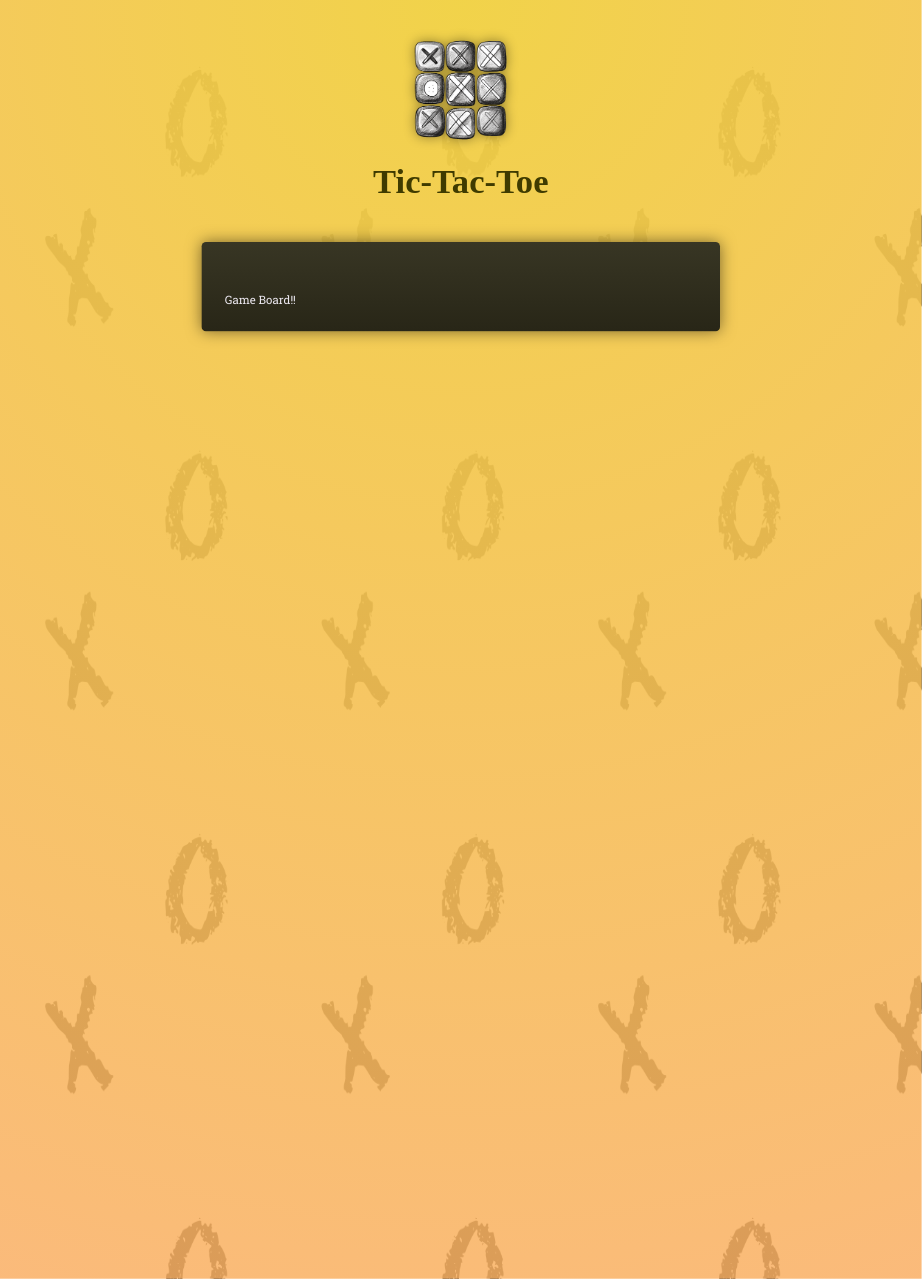
Repository: PrateekSahu9808/Tic_tac__toe_game
Page: /
An editor plug-in stored every save of this project. The page is shown before and after a run of saves, followed by the edit.
The browser window is 1280 px wide. The pictures show the whole page, at 72% of full size.
Some web fonts or font styles are not loaded; a fallback is used. The project was rebuilt for these pictures with package versions that can differ from the ones it lists, and the page was loaded fresh each time. Also part of the build but not shown: vite.config.js.

Above is the page before, as saved 2024-04-15 23:53:56.

### index.html
<!DOCTYPE html>
<html lang="en">
  <head>
    <meta charset="UTF-8" />
    <link rel="icon" type="image/svg+xml" href="/vite.svg" />
    <meta name="viewport" content="width=device-width, initial-scale=1.0" />
    <title>Vite + React</title>
  </head>
  <body>
    <header>
      <img src="game-logo.png" alt="tick" />
      <h1>Tic-Tac-Toe</h1>
    </header>
    <div id="root"></div>
    <script type="module" src="/src/main.jsx"></script>
  </body>
</html>

### src/App.jsx
function App() {
  return (

    <main>
      <div id="game-container">
        <ol id="players">
          <li></li>
          <li></li>
        </ol>
        Game Board!!
      </div>
    </main>
  )
}

export default App;

Loaded but not shown: src/main.jsx (common file); src/index.css (common file)

After the next 3 saves:
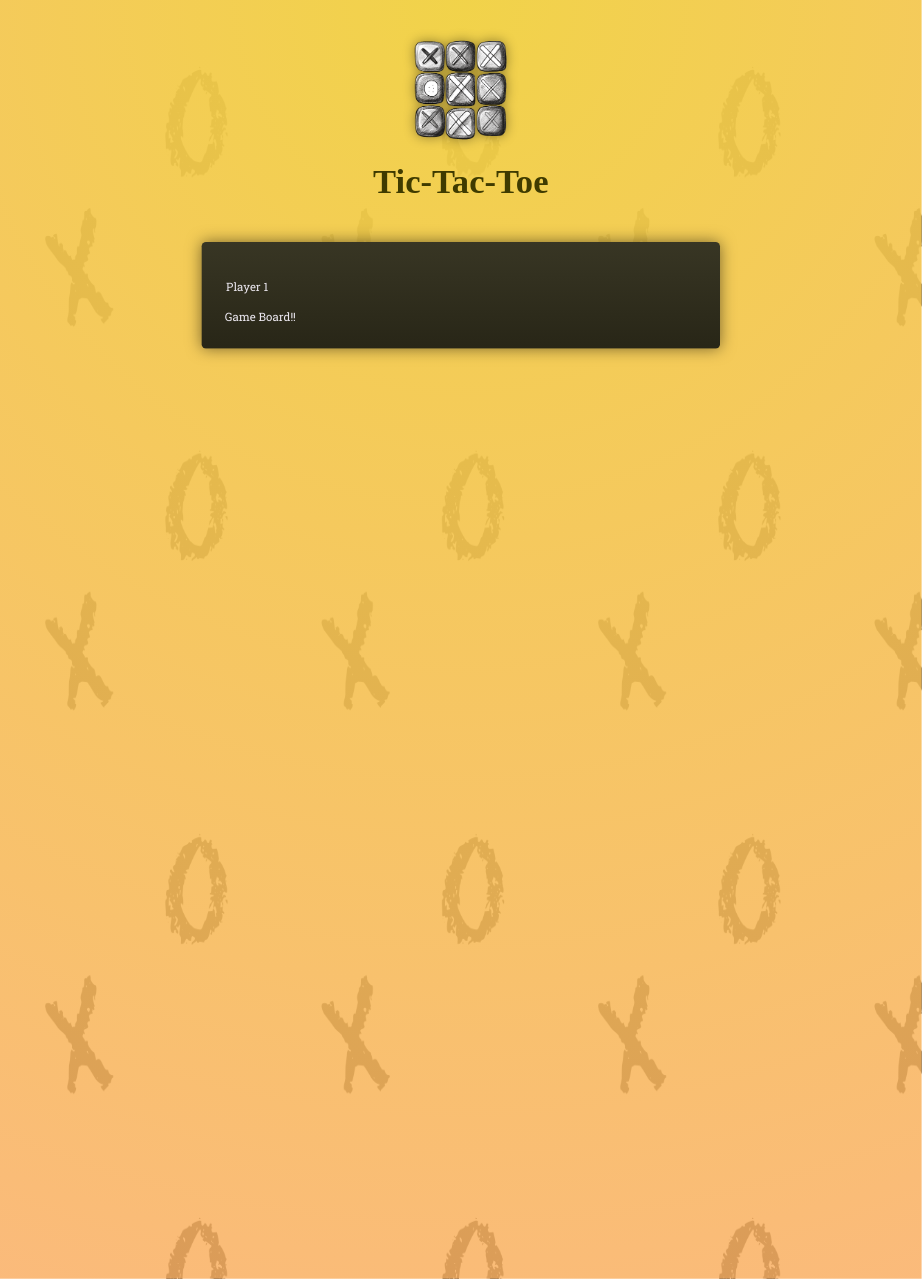
The 3 saves are shown as one change because they came seconds apart.
The last was saved 14 s later.
--- a/src/App.jsx
+++ b/src/App.jsx
@@ -4,7 +4,9 @@ function App() {
     <main>
       <div id="game-container">
         <ol id="players">
-          <li></li>
+          <li>
+            <span>Player 1</span>
+          </li>
           <li></li>
         </ol>
         Game Board!!
